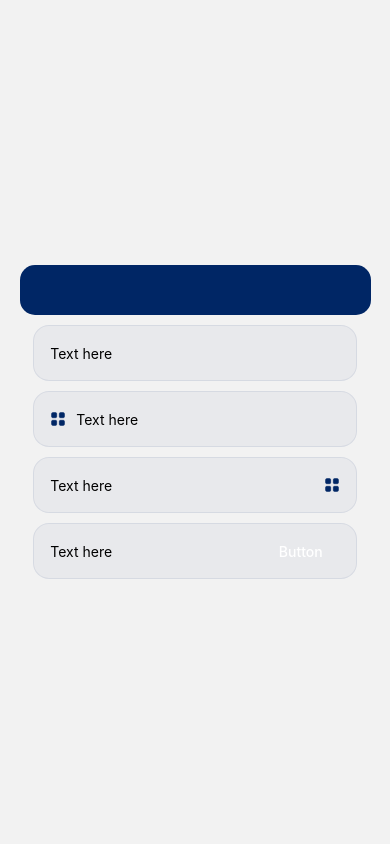
Repository: hungdomanh95/setuptheme
Screen: /
These files come from the project's save history. The screen is drawn as it stood at one moment and after the next save; the edit follows.
The app was drawn by React Native's web renderer in a window 390 px wide. The project was rebuilt for these pictures with package versions that can differ from the ones it lists, and the page was loaded fresh each time. Also part of the build but not shown: src/components/Fade/index.js, src/components/Slide/index.js, src/components/RNCheckbox/index.js.

Above is the screen before, as saved 2022-05-17 18:18:29.

### App.js
import {View, Text} from 'react-native';
import React from 'react';
import RootNavigation from './src/navigation/rootNavigation';

const App = () => {
  return <RootNavigation />;
};

export default App;

### src/navigation/rootNavigation.js
import React from 'react'
import {NavigationContainer} from '@react-navigation/native';
import {createNativeStackNavigator} from '@react-navigation/native-stack';
import {
  HomeScreen,
} from '../screens';
import { SafeAreaProvider } from 'react-native-safe-area-context';

const Stack = createNativeStackNavigator();
const RootNavigation = () => {
  const screenOptions = {
    headerTransparent: true,
    headerShown: false,
  };
  const stackOption = {
    headerShown: true,
    headerBackTitle: '',
    headerTitle: '',
  };
  return (
    <SafeAreaProvider>
      <NavigationContainer>
        <Stack.Navigator screenOptions={screenOptions}>
          <Stack.Screen name="HomeScreen" component={HomeScreen} />
        </Stack.Navigator>
      </NavigationContainer>
    </SafeAreaProvider>
  );
};

export default RootNavigation;

### src/screens/index.js
import HomeScreen from './HomeScreen';
export {HomeScreen};

### src/screens/HomeScreen/index.js
import {View, StyleSheet} from 'react-native';
import React from 'react';
import {COLOR} from '../../theme';
import {Button, CheckBox, Input} from '../../components';
const icon = require("../../assets/icon/Categary.png")

const HomeScreen = () => {
  const handle = () => {
    console.log("=====--------");
  }
  return (
    <View style={styles.container}>
      {/* <Button text="Button" type={'primary'} size={'fullsize'} />
      <Button text="Button" type={'danger'} size={'medium'} />
      <Button text="Button" type={'success'} size={'small'} />
      <Button text="Button" type={'warning'} size={80} />
      <Button
        text="Button"
        type={'primary'}
        size={'fullsize'}
        disabled={true}
      />
      <Button text="Button" color={COLOR.neural8} colorText={COLOR.neural} />

      <CheckBox /> */}
      <Button

      />
      <Input placeholder="Text here"/>
      <Input placeholder="Text here" iconLeft={icon} />
      <Input placeholder="Text here" iconRight={icon} />
      <Input placeholder="Text here" onPress={handle} />
    </View>
  );
};

export default HomeScreen;
const styles = StyleSheet.create({
  container: {
    flex: 1,
    justifyContent: 'center',
    alignItems: 'center',
  },
});

### src/theme/index.js
import {StyleSheet, Dimensions} from 'react-native';
const {width, height} = Dimensions.get('window');
const width_design = 375;
export const SIZE = {
  width,
  height,
  spacing: 16,
  spacing10:10,
  icon: 24,
  iconInput:16,
  btn1: (width * 343) / width_design,
  btn2: (width * 196) / width_design,
  btn3: (width * 160) / width_design,
  checkbox: 25,
  input1:(width * 311) / width_design
};
export const COLOR = {
  primary: '#002665',
  primary80: 'rgba(0, 38, 101, 0.8)',
  primary60: 'rgba(0, 38, 101, 0.6)',
  primary40: 'rgba(0, 38, 101, 0.4)',
  primary24: 'rgba(0, 38, 101, 0.24)',
  primary16: 'rgba(0, 38, 101, 0.16)',
  primary8: 'rgba(0, 38, 101, 0.08)',
  primary4: 'rgba(0, 38, 101, 0.04)',
  secondary: '#2567F9',
  secondary50: '#0077FF',
  secondary40: 'rgba(0, 119, 255, 0.4)',
  secondary24: 'rgba(0, 119, 255, 0.24)',
  secondary16: 'rgba(0, 119, 255, 0.16)',
  secondary8: 'rgba(0, 119, 255, 0.08)',
  white: '#FFFFFF',
  white64: 'rgba(255,255,255,0.64)',
  white40: 'rgba(255,255,255,0.4)',
  white24: 'rgba(255,255,255,0.24)',
  white16: 'rgba(255,255,255,0.16)',
  white8: 'rgba(255,255,255,0.08)',
  white4: 'rgba(255,255,255,0.04)',
  yellow: '#FDBE01',
  yellow80: 'rgba(253, 190, 1, 0.8)',
  yellow40: 'rgba(253, 190, 1, 0.4)',
  yellow16: 'rgba(253, 190, 1, 0.16)',
  red: '#DA000B',
  red80: 'rgba(227, 38, 46, 0.8)',
  red40: 'rgba(227, 38, 46, 0.4)',
  red16: 'rgba(227, 38, 46, 0.16)',
  gray: '#6D7E92',
  gray40: '#7689A2',
  gray24: '#B3BDCB',
  gray16: '#DADFE6',
  gray8: '#F9FAFD',
  green: '#18A348',
  green50: '#25C26E',
  green40: 'rgba(37, 194, 110, 0.4)',
  green24: 'rgba(37, 194, 110, 0.24)',
  neural: '#FFB200',
  neural80: 'rgba(255, 178, 0, 0.8)',
  neural40: 'rgba(255, 178, 0, 0.4)',
  neural24: 'rgba(255, 178, 0, 0.24)',
  neural16: 'rgba(255, 178, 0, 0.16)',
  neural8: 'rgba(255, 178, 0, 0.08)',
  orange: '#F44B02',
  orange80: 'rgba(244, 75, 2, 0.8)',
  orange40: 'rgba(244, 75, 2, 0.4)',
  orange8: '#FFECE3',
  infor: '#0289F4',
  infor80: 'rgba(2, 137, 244, 0.8)',
  infor40: 'rgba(2, 137, 244, 0.4)',
  infor10: 'rgba(2, 137, 244, 0.1)',
};
export const TEXT = StyleSheet.create({
  h1: {
    fontSize: 22,
    lineHeight: 33,
  },
  h2: {
    fontSize: 20,
    lineHeight: 30,
  },
  h3: {
    fontSize: 18,
    lineHeight: 27,
  },
  fz16: {
    fontSize: 16,
    lineHeight: 24,
  },
  fz14: {
    fontSize: 14,
    lineHeight: 21,
  },
  fz12: {
    fontSize: 12,
    lineHeight: 18,
  },
  fz10: {
    fontSize: 10,
    lineHeight: 15,
  },
  bold: {
    fontWeight: '700',
  },
  medium: {
    fontWeight: '500',
  },
  regular: {
    fontWeight: '400',
  },
});
export const SHADOWS = StyleSheet.create({
  sh: {
    backgroundColor: '#FFFFFF',
    shadowColor: 'rgba(0, 38, 101, 0.1)',
    shadowOffset: {
      width: 0,
      height: 2,
    },
    shadowOpacity: 2,
    shadowRadius: 5,
    elevation: 5,
  },
});

### src/components/index.js
import Fade from './Fade';
import Slide from './Slide';
import Button from './RNButton';
import CheckBox from './RNCheckbox';
import Input from './Input';
import ButtonInput from './RNButton/ButtonInput';
export {Fade, Slide, Button, CheckBox, Input,ButtonInput};

### src/components/RNButton/index.js
import {StyleSheet, Text, View, TouchableOpacity} from 'react-native';
import React, {useEffect} from 'react';
import {COLOR, SIZE, TEXT} from '../../theme';

const RNButton = props => {
  const {text, type, size, onPress, disabled} = props;

  const colorBTN = () => {
    let colorBtn = COLOR.primary
    if (disabled) colorBtn = COLOR.primary8;
    else if (type === 'success') colorBtn = COLOR.green;
    else if (type === 'warning') colorBtn = COLOR.neural;
    else if (type === 'danger') colorBtn = COLOR.red;
    else if (type === 'primary') colorBtn = COLOR.primary;
    else if (props.color) colorBtn = props.color;
    return colorBtn;
  };
  const sizeBTN = () => {
    let sizeBtn = "90%";
    if (size === 'fullsize') sizeBtn = SIZE.btn1;
    else if (size === 'medium') sizeBtn = SIZE.btn2;
    else if (size === 'small') sizeBtn = SIZE.btn3;
    else if (typeof size == 'number') sizeBtn = size;
    return sizeBtn;
  };
  const colorText = () => {
    let colorText = COLOR.white;
    if (disabled) colorText = COLOR.primary24;
    else if (props.colorText) colorText = props.colorText;
    return colorText;
  };
  const styles = styleWithProps(props, colorBTN(), sizeBTN(), colorText());
  return (
    <TouchableOpacity
      style={styles.container}
      onPress={onPress}
      disabled={disabled}>
      <Text style={styles.text}>{text}</Text>
    </TouchableOpacity>
  );
};

const styleWithProps = (props, color, size, colorText) => {
  return StyleSheet.create({
    container: {
      width: size,
      height: 50,
      justifyContent: 'center',
      alignItems: 'center',
      backgroundColor: color,
      borderRadius: 15,
      marginVertical: 5,
      ...props.style,
    },
    text: {
      color: colorText,
      ...TEXT.fz16,
      ...TEXT.bold,
    },
  });
};
export default RNButton;

### src/components/Input/index.js
import {StyleSheet, Text, View, TextInput, Image} from 'react-native';
import React from 'react';
import {COLOR, SIZE} from '../../theme';
import ButtonInput from '../RNButton/ButtonInput';
const Input = props => {
  const {placeholder, iconLeft, iconRight, onChangeText, value, onPress} = props;
  const styles = styleWithProps(props);
  return (
    <View style={styles.container}>
      {iconLeft && <Image source={iconLeft} style={styles.iconLeft} />}
      <TextInput
        placeholder={placeholder || 'Text here'}
        onChangeText={onChangeText}
        value={value}
      />
      {onPress && <ButtonInput onPress={onPress} type={'input'} style={{width:65, height:25, borderRadius:8}} text="Button" />}
      {iconRight && <Image source={iconRight} style={styles.iconRight} />}
    </View>
  );
};

const styleWithProps = props =>
  StyleSheet.create({
    container: {
      borderWidth: 1,
      borderColor: COLOR.primary8,
      width: SIZE.input1,
      height: 56,
      borderRadius: 16,
      backgroundColor: COLOR.primary4,
      paddingLeft: SIZE.spacing,
      paddingRight:SIZE.spacing + SIZE.iconInput,
      // paddingHorizontal: SIZE.spacing + SIZE.iconInput + SIZE.spacing10,
      flexDirection: 'row',
      alignItems: 'center',
      marginVertical: 5,
      ...props.style,
    },
    iconLeft: {
      width: SIZE.iconInput,
      height: SIZE.iconInput,
      marginRight: SIZE.spacing10,
    },
    iconRight: {
      width: SIZE.iconInput,
      height: SIZE.iconInput,
      position: 'absolute',
      right: SIZE.spacing,
    },
  });
export default Input;

### src/components/RNButton/ButtonInput.js
import {StyleSheet, Text, View, TouchableOpacity} from 'react-native';
import React, {useEffect} from 'react';
import {COLOR, SIZE, TEXT} from '../../theme';

const ButtonInput = props => {
  const {text,onPress, disabled} = props;

  const styles = styleWithProps(props);
  return (
    <TouchableOpacity
      style={styles.container}
      onPress={onPress}
      disabled={disabled}>
      <Text style={styles.text}>{text}</Text>
    </TouchableOpacity>
  );
};

const styleWithProps = (props) => {
  return StyleSheet.create({
    container: {
      width: 65,
      height: 25,
      justifyContent: 'center',
      alignItems: 'center',
      borderRadius: 8,
      ...props.style,
    },
    text: {
      color: COLOR.white,
      ...TEXT.fz14,
      ...TEXT.medium,
    },
  });
};
export default ButtonInput;

After the next save:
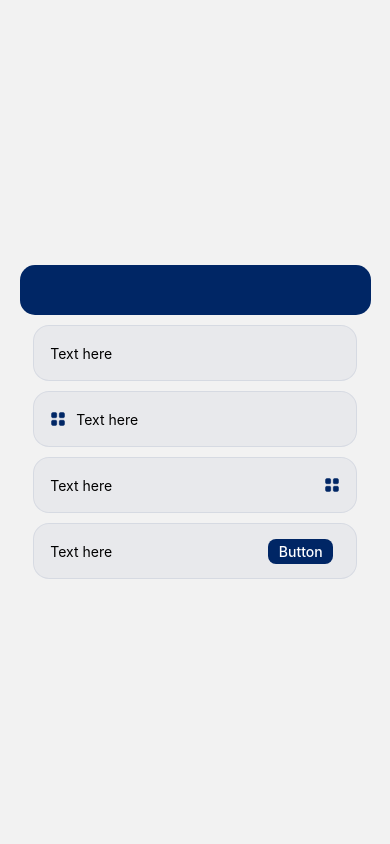
Saved 26 s later.
--- a/src/components/RNButton/ButtonInput.js
+++ b/src/components/RNButton/ButtonInput.js
@@ -24,6 +24,7 @@ const styleWithProps = (props) => {
       justifyContent: 'center',
       alignItems: 'center',
       borderRadius: 8,
+      backgroundColor: COLOR.primary,
       ...props.style,
     },
     text: {
